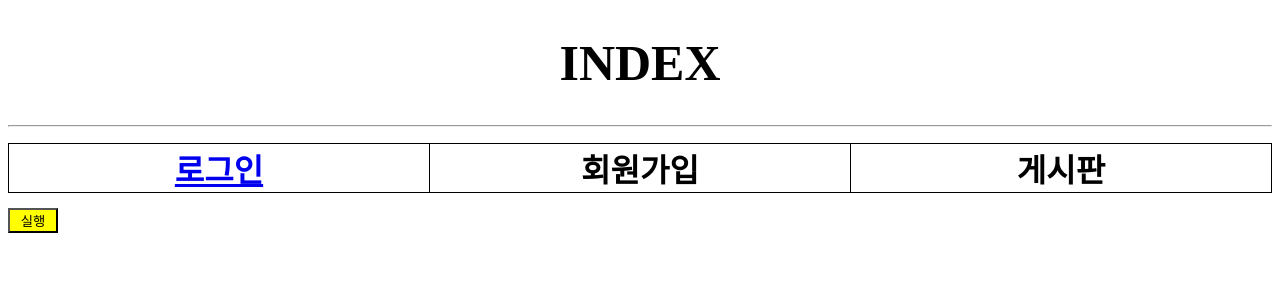
Repository: jeonghyunseok/GMSUI
Page: GMSUI/WebContent/index.html
These files come from the project's save history. The page is drawn as it stood at one moment and after the next save; the edit follows.
The browser window is 1280 px wide. The pictures show the whole page.

Above is the page before, as saved 2017-07-19 06:18:47.

After the next save:
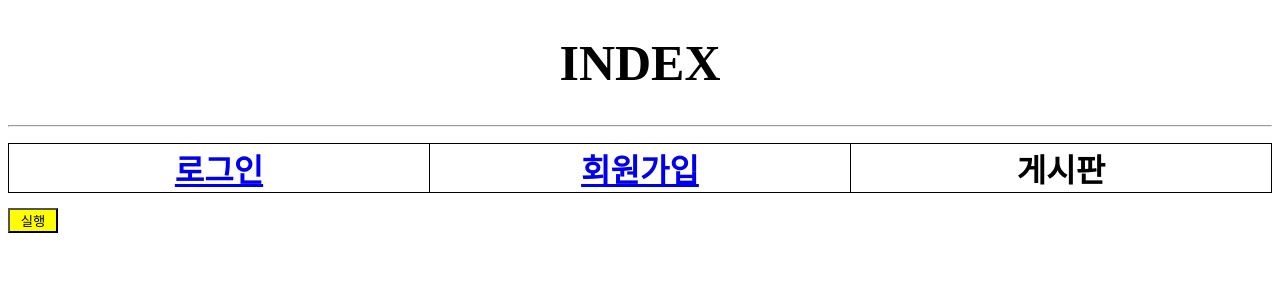
Saved 116 s later.
--- a/GMSUI/WebContent/index.html
+++ b/GMSUI/WebContent/index.html
@@ -10,9 +10,11 @@
 	<table style="width: 100%; border-collapse: collapse;">
 		<tr>
 			<td style="border: 1px solid black;width:30%; text-align:center;">
-			<a href="member/join.html">로그인</a></td>
-			<td style="border: 1px solid black;width:30%; text-align:center;">회원가입</td>
-			<td style="border: 1px solid black;width:30%; text-align:center;">게시판</td>
+			<a href="member/login.html">로그인</a></td>
+			<td style="border: 1px solid black;width:30%; text-align:center;">
+			<a href="member/join.html">회원가입</a></td>
+			<td style="border: 1px solid black;width:30%; text-align:center;">
+			<a href="board/board_list.html"></a>게시판</td>
 		</tr>
 		<tr>
 			<td></td>
